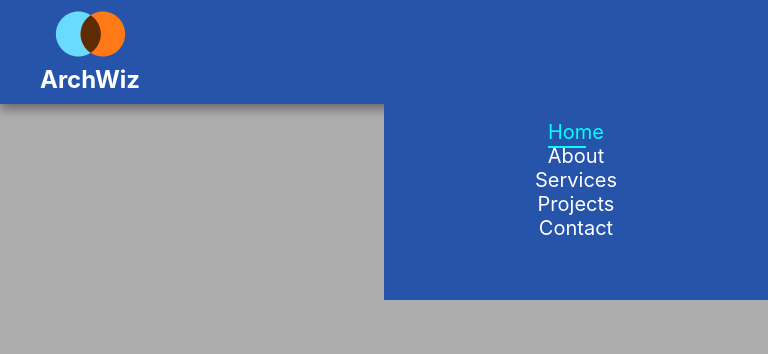
Repository: SaadYasin/responsive-navbar001
Page: /
The author's editor kept a copy of each file at every save. The page is drawn from the files as they stood at one save, then again after the next save.
The browser window is 768 px wide. The pictures show the whole page.
The project was rebuilt for these pictures with package versions that can differ from the ones it lists, and the page was loaded fresh each time. Also part of the build but not shown: vite.config.js, src/App.css.

Above is the page before, as saved 2023-01-12 21:50:05.

After the next save:
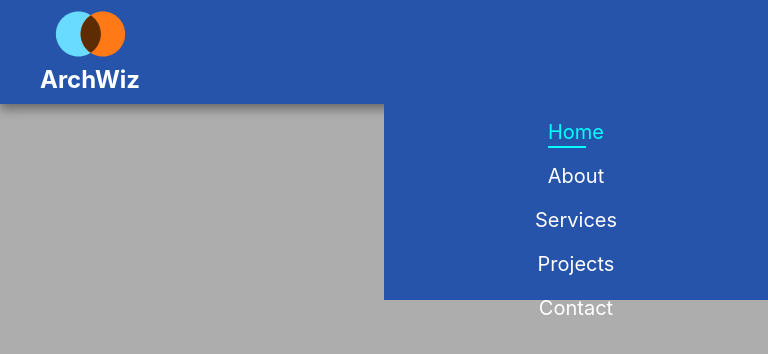
Saved 9 s later.
--- a/src/styles/navbar.css
+++ b/src/styles/navbar.css
@@ -78,7 +78,7 @@
       padding: 20px;
     }
 
-    #nav-list a {
+    #nav-list li {
       margin-bottom: 20px;
     }
 
